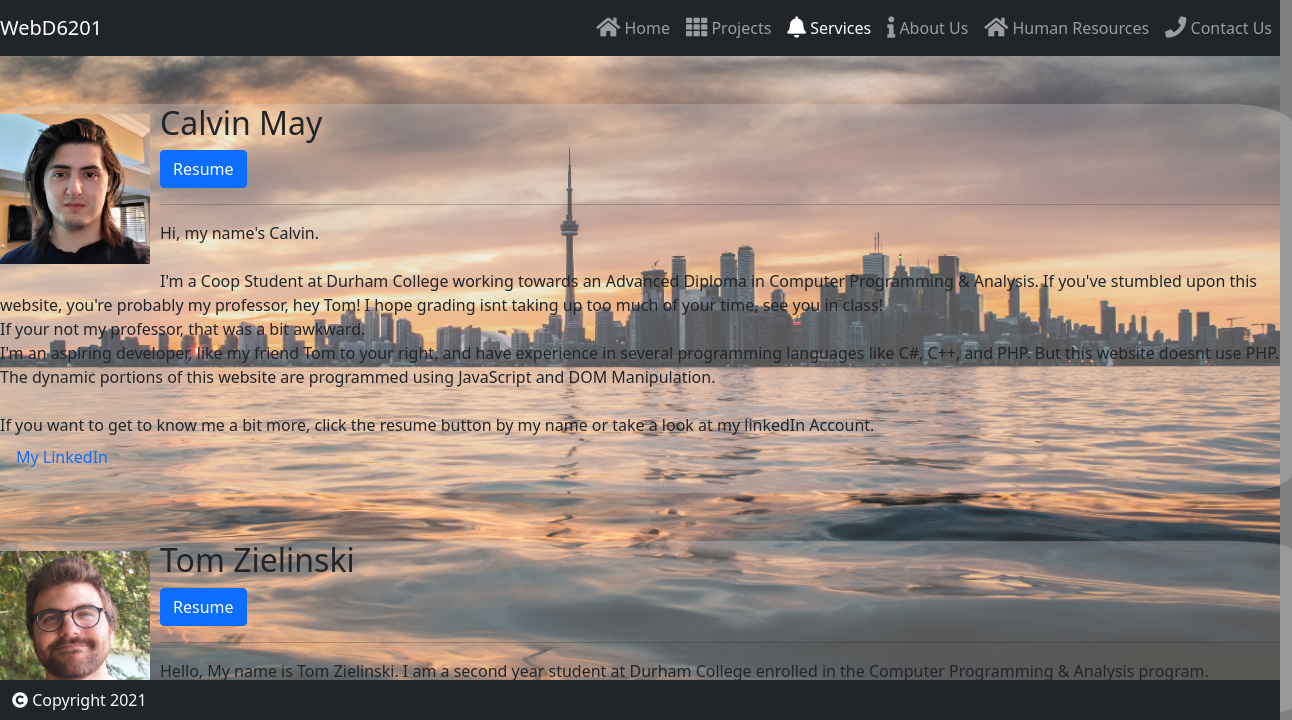
Repository: Tomelinski/Webd6201-Lab02
Page: services.html
The author's editor kept a copy of each file at every save. The page is drawn from the files as they stood at one save, then again after the next save.
The browser window is 1280 px wide. The page is 1292 px wide, so the pictures cover 1292 px, including what lies to the right of the window. The pictures show the whole page.

Above is the page before, as saved 2021-02-05 21:18:01.

After the next save:
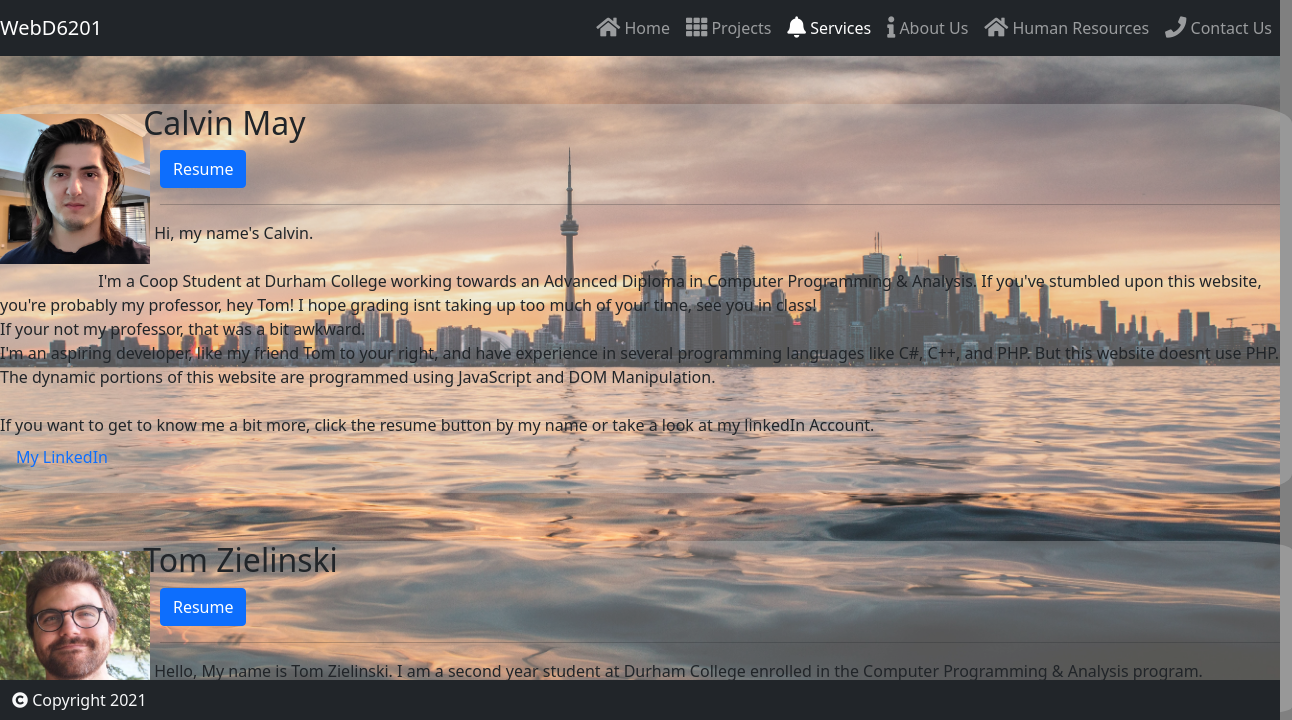
Saved 4 s later.
--- a/Content/app.css
+++ b/Content/app.css
@@ -34,7 +34,7 @@
     width: 150px;
     height: 150px;
     float: left;
-    shape-outside: box();
+    shape-outside: circle();
     margin: 10px 10px 15px 0px;
     position: center;
 }

After the save that followed:
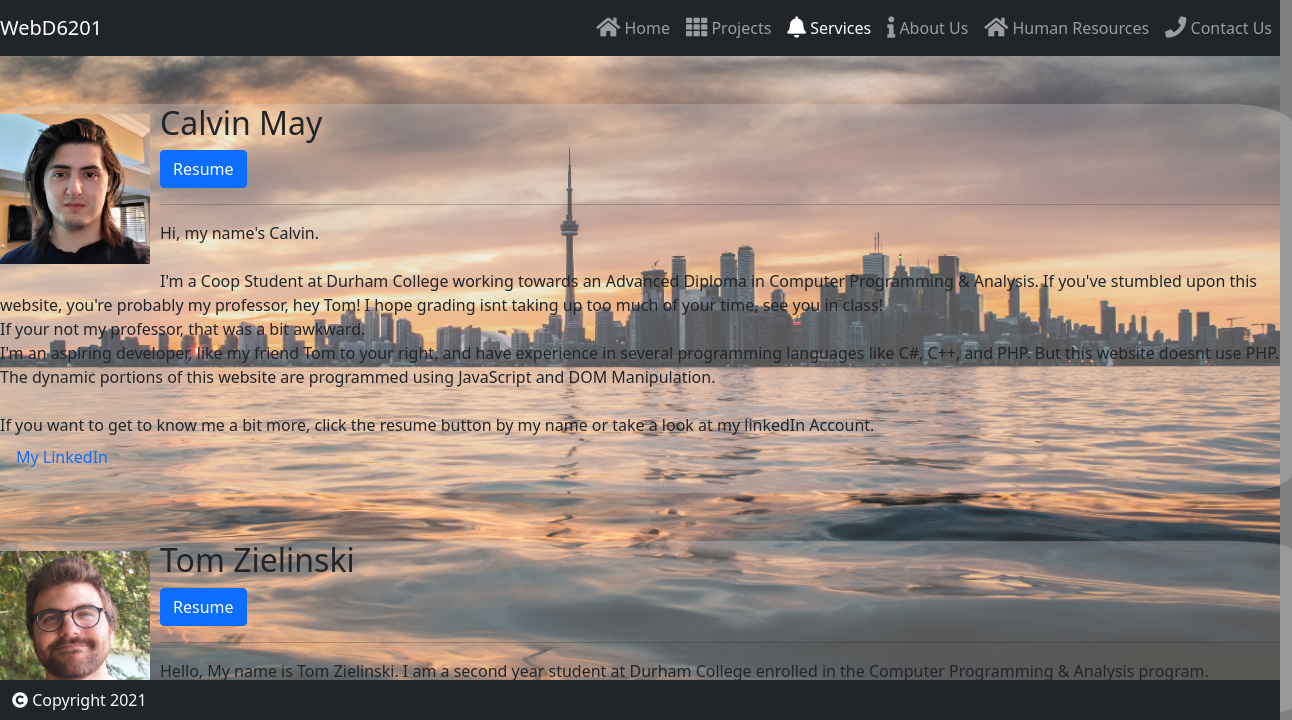
Saved 7 s later.
--- a/Content/app.css
+++ b/Content/app.css
@@ -34,7 +34,7 @@
     width: 150px;
     height: 150px;
     float: left;
-    shape-outside: circle();
+    shape-outside: square();
     margin: 10px 10px 15px 0px;
     position: center;
 }
